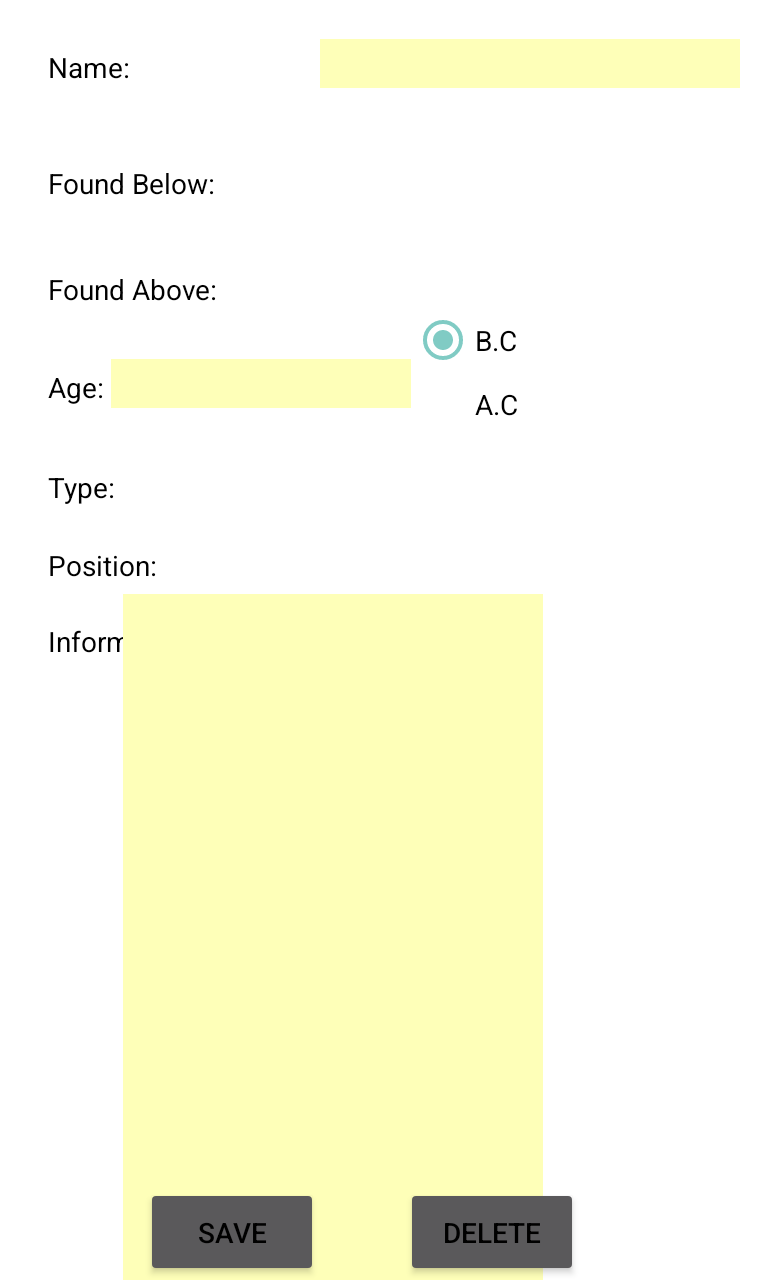
Repository: qfornaguera/AppQuelogy
Layout: AppQueology/res/layout/activity_artifact.xml
These files come from the project's save history. The layout is drawn as it stood at one moment and after the next save; the edit follows.
It is drawn on a 768 x 1280 px phone screen (xhdpi) without system bars, with theme Theme.AppCompat; the app's code is not run.

Above is the layout before, as saved 2014-05-26 21:13:57.

### AppQueology/res/layout/activity_artifact.xml
<RelativeLayout xmlns:tools="http://schemas.android.com/tools"
    xmlns:android="http://schemas.android.com/apk/res/android"
    android:layout_width="wrap_content"
    android:layout_height="wrap_content"
    android:background="#ffffff"
    tools:context="com.example.appqueology.ArtifactActivity" >

	<ScrollView
	    android:layout_width="wrap_content"
	    android:layout_height="wrap_content" >

		<RelativeLayout
		    android:id="@+id/container"
		    android:layout_width="wrap_content"
		    android:layout_height="594dp"
		    android:background="#ffffff"
		    tools:ignore="MergeRootFrame" >

		    <EditText
		        android:id="@+id/editText1"
		        android:layout_width="wrap_content"
		        android:layout_height="wrap_content"
		        android:layout_alignBaseline="@+id/textView1"
		        android:layout_alignBottom="@+id/textView1"
		        android:layout_alignParentRight="true"
		        android:layout_marginRight="14dp"
		        android:background="#FEFFB8"
		        android:ems="10"
		        android:maxLength="25"
		        android:paddingLeft="10dp"
		        android:textColor="#000000" >

		    </EditText>

		    <TextView
		        android:id="@+id/textView1"
		        android:layout_width="wrap_content"
		        android:layout_height="wrap_content"
		        android:layout_alignParentLeft="true"
		        android:layout_alignParentTop="true"
		        android:layout_marginLeft="24dp"
		        android:layout_marginTop="24dp"
		        android:text="Name: "
		        android:textColor="#000000" />



		    <TextView
		        android:id="@+id/textView2"
		        android:layout_width="wrap_content"
		        android:layout_height="wrap_content"
		        android:layout_alignLeft="@+id/textView1"
		        android:layout_below="@+id/editText1"
		        android:layout_marginTop="38dp"
		        android:text="Found Below: "
		        android:textAppearance="?android:attr/textAppearanceSmall"
		        android:textColor="#000000" />

		    <TextView
		        android:id="@+id/textView3"
		        android:layout_width="wrap_content"
		        android:layout_height="wrap_content"
		        android:layout_alignBaseline="@+id/textView2"
		        android:layout_alignBottom="@+id/textView2"
		        android:layout_alignRight="@+id/editText1"
		        android:layout_toRightOf="@+id/textView2"
		        android:ems="10"
		        android:textColor="#000000" />

		    <TextView
		        android:id="@+id/textView4"
		        android:layout_width="wrap_content"
		        android:layout_height="wrap_content"
		        android:layout_alignLeft="@+id/textView2"
		        android:layout_below="@+id/textView2"
		        android:layout_marginTop="34dp"
		        android:text="Found Above: "
		        android:textAppearance="?android:attr/textAppearanceSmall"
		        android:textColor="#000000" />

		    <TextView
		        android:id="@+id/textView5"
		        android:layout_width="wrap_content"
		        android:layout_height="wrap_content"
		        android:layout_alignBaseline="@+id/textView4"
		        android:layout_alignBottom="@+id/textView4"
		        android:layout_alignParentRight="true"
		        android:layout_toRightOf="@+id/textView4"
		        android:textColor="#000000" />

		    <TextView
		        android:id="@+id/textView6"
		        android:layout_width="wrap_content"
		        android:layout_height="wrap_content"
		        android:layout_alignLeft="@+id/textView4"
		        android:layout_below="@+id/textView4"
		        android:layout_marginTop="30dp"
		        android:text="Age: "
		        android:textColor="#000000" />

		    <EditText
		        android:id="@+id/editText2"
		        android:layout_width="wrap_content"
		        android:layout_height="wrap_content"
		        android:layout_alignBaseline="@+id/textView6"
		        android:layout_alignBottom="@+id/textView6"
		        android:layout_toRightOf="@+id/textView6"
		        android:background="#FEFFB8"
		        android:ems="10"
		        android:inputType="numberSigned"
		        android:paddingLeft="10dp"
		        android:textColor="#000000"
		        android:width="150dp" />

		    <TextView
		        android:id="@+id/textView7"
		        android:layout_width="wrap_content"
		        android:layout_height="wrap_content"
		        android:layout_alignLeft="@+id/textView6"
		        android:layout_below="@+id/radioGroup1"
		        android:layout_marginTop="16dp"
		        android:text="Type: "
		        android:textColor="#000000" />

		    <RadioGroup
		        android:id="@+id/radioGroup1"
		        android:layout_width="wrap_content"
		        android:layout_height="wrap_content"
		        android:layout_below="@+id/textView5"
		        android:layout_toRightOf="@+id/editText2"
		        android:width="50dp" >

		        <RadioButton
		            android:id="@+id/radio0"
		            android:layout_width="wrap_content"
		            android:layout_height="wrap_content"
		            android:checked="true"
		            android:text="B.C"
		            android:textColor="#000000" />

		        <RadioButton
		            android:id="@+id/radio1"
		            android:layout_width="wrap_content"
		            android:layout_height="wrap_content"
		            android:text="A.C"
		            android:textColor="#000000" />
		    </RadioGroup>

		    <TextView
		        android:id="@+id/textView8"
		        android:layout_width="wrap_content"
		        android:layout_height="wrap_content"
		        android:layout_alignBottom="@+id/textView7"
		        android:layout_alignRight="@+id/textView3"
		        android:layout_toRightOf="@+id/textView1"
		        android:textColor="#000000" />

		    <TextView
		        android:id="@+id/textView9"
		        android:layout_width="wrap_content"
		        android:layout_height="wrap_content"
		        android:layout_alignLeft="@+id/textView7"
		        android:layout_below="@+id/textView7"
		        android:layout_marginTop="58dp"
		        android:text="Information: "
		        android:textColor="#000000" />

		    <TextView
		        android:id="@+id/textView10"
		        android:layout_width="wrap_content"
		        android:layout_height="wrap_content"
		        android:layout_alignLeft="@+id/textView7"
		        android:layout_below="@+id/textView7"
		        android:layout_marginTop="20dp"
		        android:text="Position:"
		        android:textColor="#000000" />

		    <Spinner
		        android:id="@+id/spinner1"
		        android:layout_width="wrap_content"
		        android:layout_height="wrap_content"
		        android:layout_alignLeft="@+id/editText1"
		        android:layout_alignTop="@+id/textView10" />

		    <EditText
		        android:id="@+id/editText3"
		        android:layout_width="wrap_content"
		        android:layout_height="500dp"
		        android:layout_below="@+id/spinner1"
		        android:layout_toRightOf="@+id/textView7"
		        android:background="#FEFFB8"
		        android:ems="10"
		        android:inputType="textMultiLine"
		        android:paddingLeft="10dp"
		        android:textColor="#000000" >

		    </EditText>

		</RelativeLayout>
	</ScrollView>

    <Button
        android:id="@+id/delete"
        android:layout_width="wrap_content"
        android:layout_height="wrap_content"
        android:layout_alignParentBottom="true"
        android:layout_marginLeft="42dp"
        android:layout_toRightOf="@+id/save"
        android:text="Delete"
        android:textColor="#000000" />

    <Button
        android:id="@+id/save"
        android:layout_width="wrap_content"
        android:layout_height="wrap_content"
        android:layout_alignParentBottom="true"
        android:layout_alignParentLeft="true"
        android:layout_marginLeft="72dp"
        android:text="Save"
        android:textColor="#000000" />

</RelativeLayout>

After the next save:
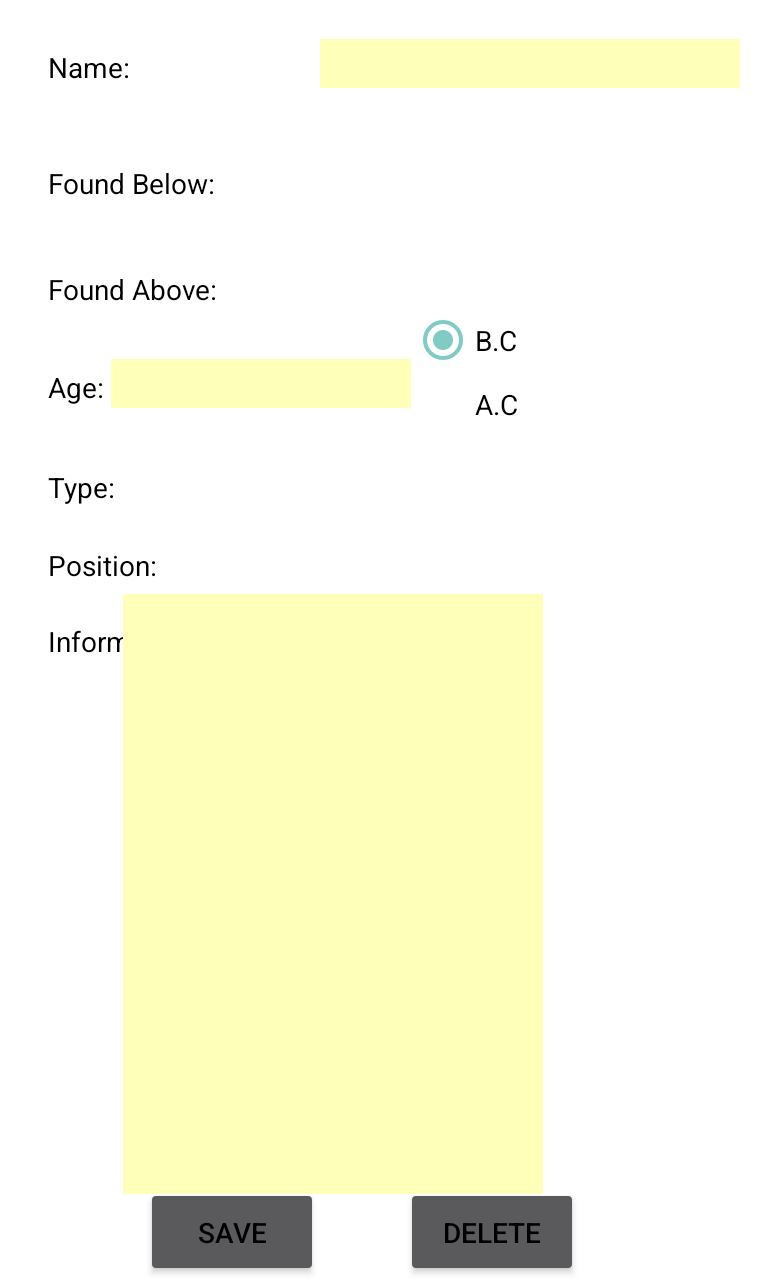
Saved 30 s later.
--- a/AppQueology/res/layout/activity_artifact.xml
+++ b/AppQueology/res/layout/activity_artifact.xml
@@ -185,7 +185,7 @@
 		    <EditText
 		        android:id="@+id/editText3"
 		        android:layout_width="wrap_content"
-		        android:layout_height="500dp"
+		        android:layout_height="300dp"
 		        android:layout_below="@+id/spinner1"
 		        android:layout_toRightOf="@+id/textView7"
 		        android:background="#FEFFB8"
